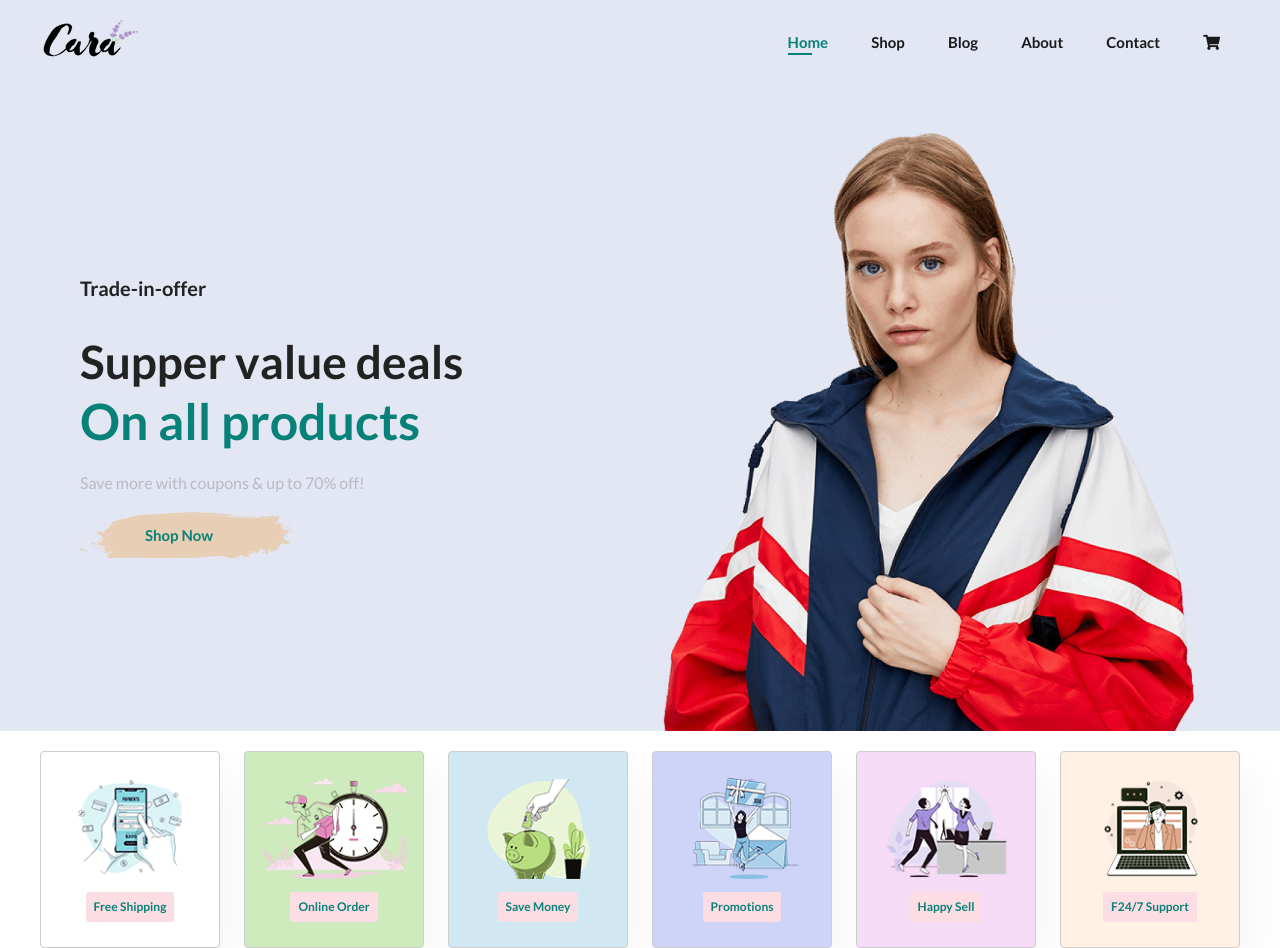
Repository: Nguyenductuan-dev/Website-Clothes
Page: index.html
The author's editor kept a copy of each file at every save. The page is drawn from the files as they stood at one save, then again after the next save.
The browser window is 1280 px wide. The pictures show the whole page.

Above is the page before, as saved 2022-04-26 00:20:50.

### index.html
<!DOCTYPE html>
<html lang="en">
<head>
    <meta charset="UTF-8">
    <meta http-equiv="X-UA-Compatible" content="IE=edge">
    <meta name="viewport" content="width=device-width, initial-scale=1.0">
    <link rel="shortcut icon" href="assets/imgs/favicon.png" type="image/x-icon">
    <link rel="stylesheet" href="https://cdnjs.cloudflare.com/ajax/libs/font-awesome/5.15.1/css/all.min.css" />
    <link rel="preconnect" href="https://fonts.googleapis.com">
    <link rel="preconnect" href="https://fonts.gstatic.com" crossorigin>
    <link href="https://fonts.googleapis.com/css2?family=Lato:wght@400;700&family=Montserrat:ital,wght@0,200;0,300;0,400;0,500;0,600;0,700;1,600&display=swap" rel="stylesheet">
    <link rel="stylesheet" href="assets/css/style.css">
    <title>Website Clothes</title>
</head>
<body>
    <!-- ======================= HEADER ====================== -->
    <header class="header " id="header">
        <div class="header__container container">
            <a href="index.html" class="header__logo">
                <img src="assets/images/logo.png" alt="" class="header__logo-img">
            </a>

            <div class="navbar" id="navbar">
                <ul class="navbar__list">
                    <li class="navbar__item ">
                        <a href="index.html" class="navbar__link navbar__active">Home</a>
                    </li>
                    <li class="navbar__item">
                        <a href="shop.html" class="navbar__link">Shop</a>
                    </li>
                    <li class="navbar__item">
                        <a href="blog.html" class="navbar__link">Blog</a>
                    </li>
                    <li class="navbar__item">
                        <a href="about.html" class="navbar__link">About</a>
                    </li>
                    <li class="navbar__item">
                        <a href="contact.html" class="navbar__link">Contact</a>
                    </li>
                    <li class="navbar__item">
                        <a href="cart.html" class="navbar__link">
                            <i class="fas fa-shopping-cart"></i>
                        </a>
                    </li>
                </ul>
            </div>
        </div>
    </header>

    <!-- ======================= BANNER ====================== -->
    <section class="banner" id="banner">
        <div class="banner__container container">
            <h4>Trade-in-offer</h4>
            <h2>Supper value deals</h2>
            <h1>On all products</h1>
            <p>Save more with coupons & up to 70% off!</p>
            <button class="banner__btn">
                Shop Now
            </button>
        </div>
    </section>
    <section class="feature container" id="feature">
        <div class="feature__box">
            <img src="assets/images/features/f1.png" alt="" class="feature__img">
            <h6 class="feature__title">Free Shipping</h6>
        </div>
        <div class="feature__box">
            <img src="assets/images/features/f2.png" alt="" class="feature__img">
            <h6 class="feature__title">Online Order</h6>
        </div>
        <div class="feature__box">
            <img src="assets/images/features/f3.png" alt="" class="feature__img">
            <h6 class="feature__title">Save Money</h6>
        </div>
        <div class="feature__box">
            <img src="assets/images/features/f4.png" alt="" class="feature__img">
            <h6 class="feature__title">Promotions</h6>
        </div>
        <div class="feature__box">
            <img src="assets/images/features/f5.png" alt="" class="feature__img">
            <h6 class="feature__title">Happy Sell</h6>
        </div>
        <div class="feature__box">
            <img src="assets/images/features/f6.png" alt="" class="feature__img">
            <h6 class="feature__title">F24/7 Support</h6>
        </div>
    </section>

    <!-- <script src="assets/js/main.js"></script> -->
</body>
</html>

### assets/css/style.css
* {
    margin: 0;
    padding: 0;
    box-sizing: border-box;
    font-family: 'Lato', sans-serif;
}
h1 {
    font-size: 50px;
    line-height: 64px;
    color: #222;
}
h2 {
    font-size: 46px;
    line-height: 54px;
    color: #222;
}

h4 {
    font-size: 20px;
    line-height: 64px;
    color: #222;
}
h6 {
    font-weight: 700;
    font-size: 12px;
}
p {
    font-size: 16px;
    color: #4444;
}
body {
    width: 100%;
}
.container {
    max-width: 1200px;
    margin: auto;
}
/* ================ HEADER =================== */
.header {
    background-color: #e3e6f3;
    box-shadow: 0 5px 15px rgba(0, 0, 0, .06);
    padding: 20px 0;
}
.header__container {
    max-width: 1200px;
    display: flex;
    justify-content: space-between;
    align-items: center;
    margin: auto;
}
.navbar {
    display: inline-block;
}
.navbar__item {
    display: inline-block;
    list-style: none;
    padding: 0 20px;
    position: relative;
}
.navbar__link {
    text-decoration: none;
    color: #1a1a1a;
    font-size: 15px;
    font-weight: 600;
    transition: .3s ease;

}
.navbar__link:hover,
.navbar__link.navbar__active {
    color: #088178;
}
.navbar__active::after,
.navbar__link:hover::after {
    content: '';
    width: 30%;
    height: 2px;
    background-color: #088178;
    position: absolute;
    bottom: -4px;
    left: 20px;
}
.scroll-header {
    position: fixed;
    top: 0;
    left: 0;
    width: 100%;
    padding: 10px 0;
    transition: .4s;
}
/* ================ BANNER =================== */
.banner {
    background-image: url('../images/hero4.png');
    width: 100%;
    background-position: top 25% right 0;
    background-size: cover;
    padding: 0 80px;
}
.banner__container {
    display: flex;
    height: 90vh;
    flex-direction: column;
    align-items: flex-start;
    justify-content: center;
}
.banner__container h4 {
    padding-bottom: 15px;
}
.banner__container h1 {
    color: #088178;
}
.banner__container p {
    padding: 20px 0;
}
.banner__container .banner__btn {
    background-image: url('../images/button.png');
    background-color: transparent;
    color: #088178;
    border: none;
    padding: 14px 80px 14px 65px;
    background-repeat: no-repeat;
    cursor: pointer;
    font-weight: 700;
    font-size: 15px;
}
/* ================ FEATURE =================== */
.feature {
    display: flex;
    justify-content: space-between;
    align-items: center;
    flex-wrap: wrap;
}
.feature__box {
    width: 180px;
    box-shadow: 20px 20px 34px rgba(0, 0, 0, .03);
    border: 1px solid #ccc;
    text-align: center;
    padding: 25px 15px;
    border-radius: 4px;
    margin-top: 20px;
}
.feature__box:hover {
    box-shadow: 10px 10px 54px rgba(70, 62, 211, .1);
}
.feature__img {
    width: 100%;
    margin-bottom: 10px;
}
.feature__title {
    padding: 9px 8px;
    line-height: 1;
    border-radius: 3px;
    color: #088178;
    background-color: #fddde4;
    display: inline-block;
}
.feature__box:nth-child(2) {
    background-color: #cdebbc;
}
.feature__box:nth-child(3) {
    background-color: #d1e8f2;
}
.feature__box:nth-child(4) {
    background-color: #cdd4f8;
}
.feature__box:nth-child(5) {
    background-color: #f6dbf6;
}
.feature__box:nth-child(6) {
    background-color: #fff2e5;
}

After the next save:
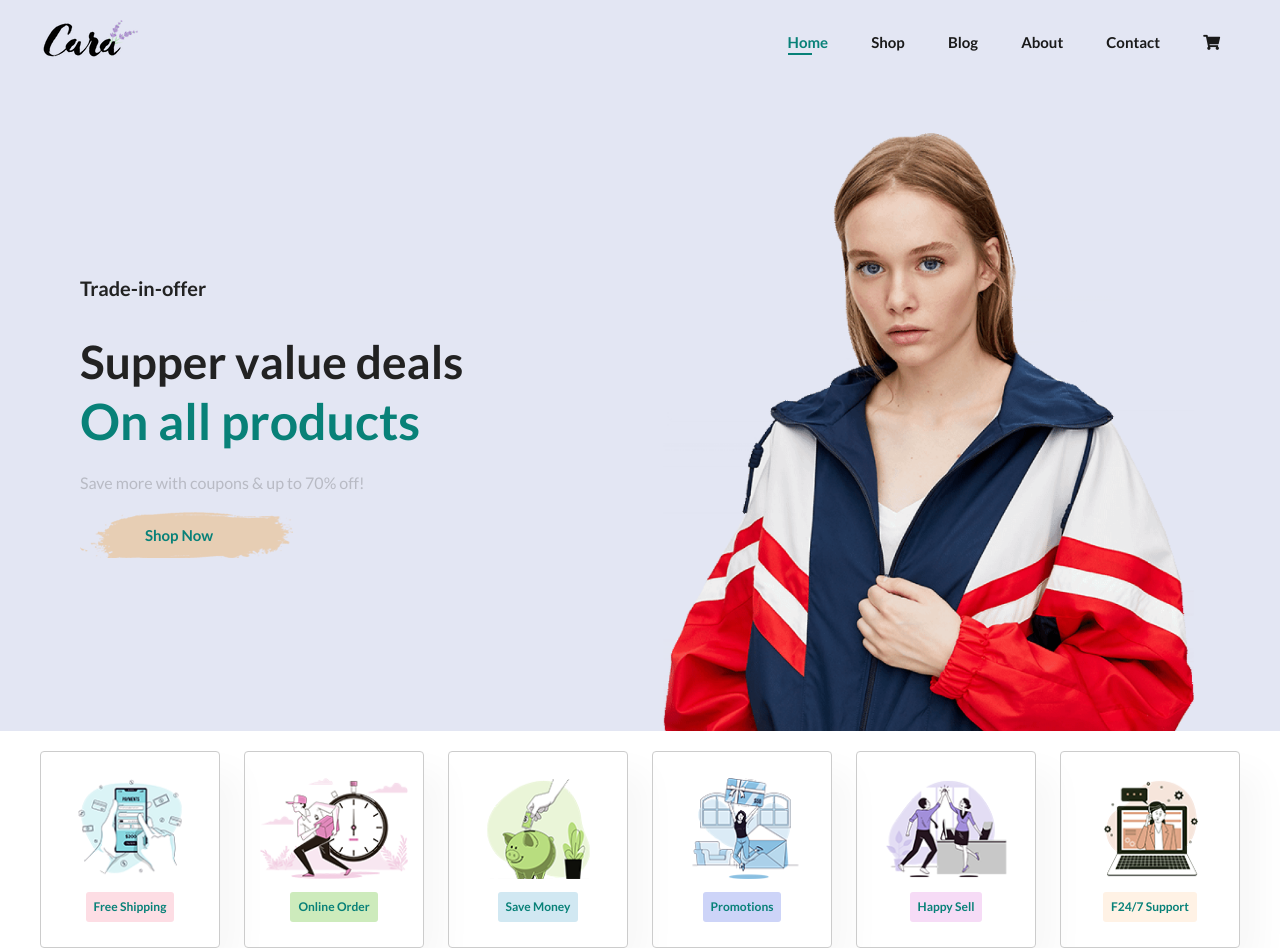
Saved 41 s later.
--- a/assets/css/style.css
+++ b/assets/css/style.css
@@ -153,18 +153,18 @@ body {
     background-color: #fddde4;
     display: inline-block;
 }
-.feature__box:nth-child(2) {
+.feature__box:nth-child(2) .feature__title {
     background-color: #cdebbc;
 }
-.feature__box:nth-child(3) {
+.feature__box:nth-child(3) .feature__title {
     background-color: #d1e8f2;
 }
-.feature__box:nth-child(4) {
+.feature__box:nth-child(4) .feature__title {
     background-color: #cdd4f8;
 }
-.feature__box:nth-child(5) {
+.feature__box:nth-child(5) .feature__title {
     background-color: #f6dbf6;
 }
-.feature__box:nth-child(6) {
+.feature__box:nth-child(6) .feature__title {
     background-color: #fff2e5;
 }
